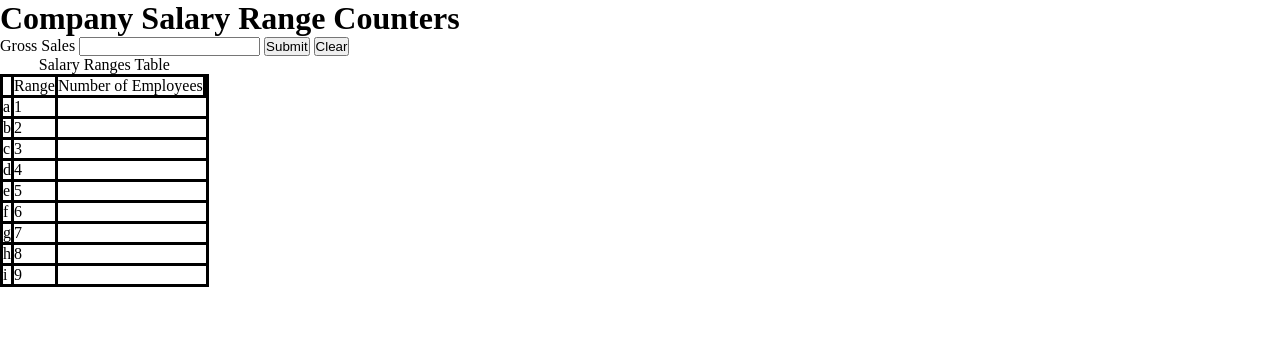
Repository: mlmEFSC21/P17-Sales-Commision
Page: sales.html
These files come from the project's save history. The page is drawn as it stood at one moment and after the next save; the edit follows.
The browser window is 1280 px wide. The pictures show the whole page.

Above is the page before, as saved 2022-03-29 15:08:24.

After the next save:
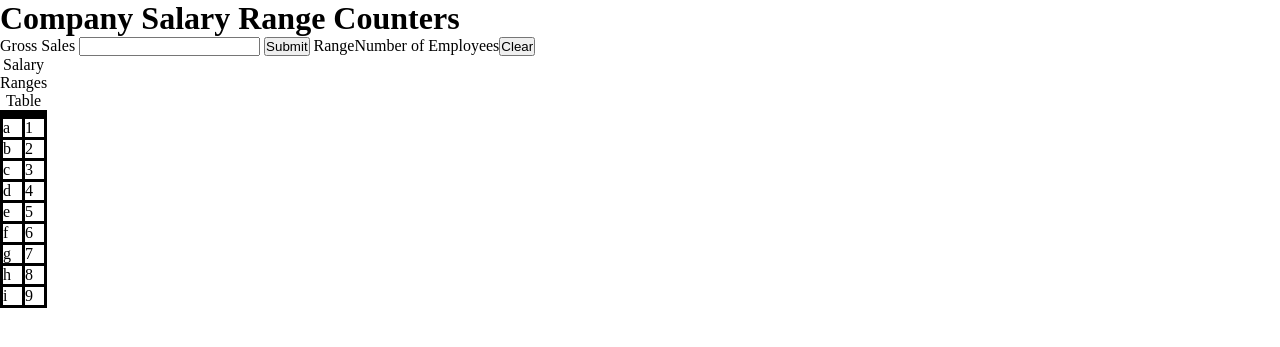
Saved 10 s later.
--- a/sales.html
+++ b/sales.html
@@ -22,8 +22,8 @@
                 </caption>
                 <thead>
                     <th>
-                        <td>Range</td>
-                        <td>Number of Employees</td>
+                        <tr>Range</td>
+                        <tr>Number of Employees</td>
                     </th>
                     <th>
                     </th>
